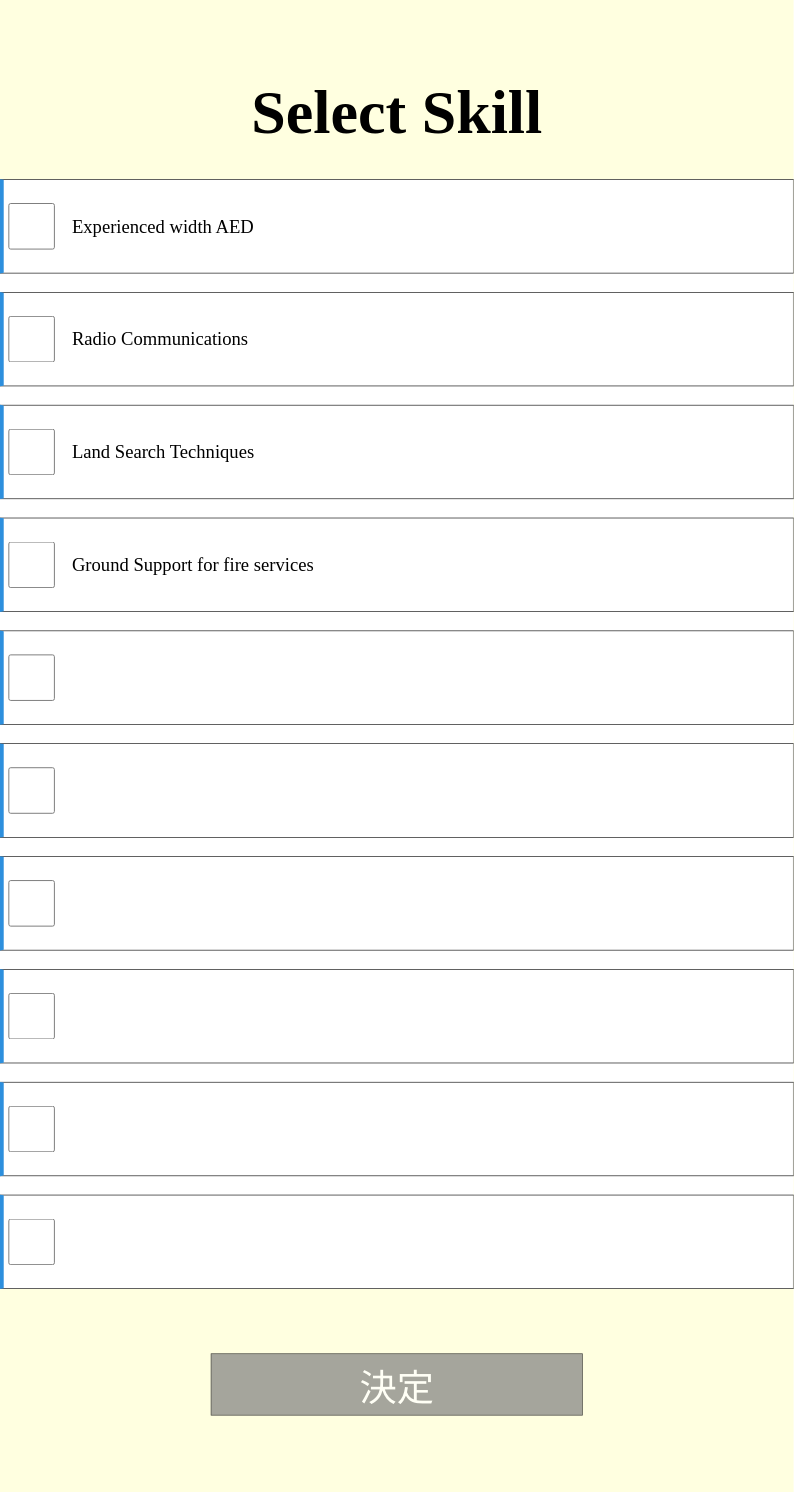
Repository: KittichoteKamalapirat/EMS-management-system
Page: skills.html
The author's editor kept a record of every edit. The page is drawn from the files as they stood at one moment, then again after the next edit.
The browser window is 1280 px wide. The pictures show the whole page, at 62% of full size.
Some web libraries are served in a nearby version.

Above is the page before.

After the next edit:
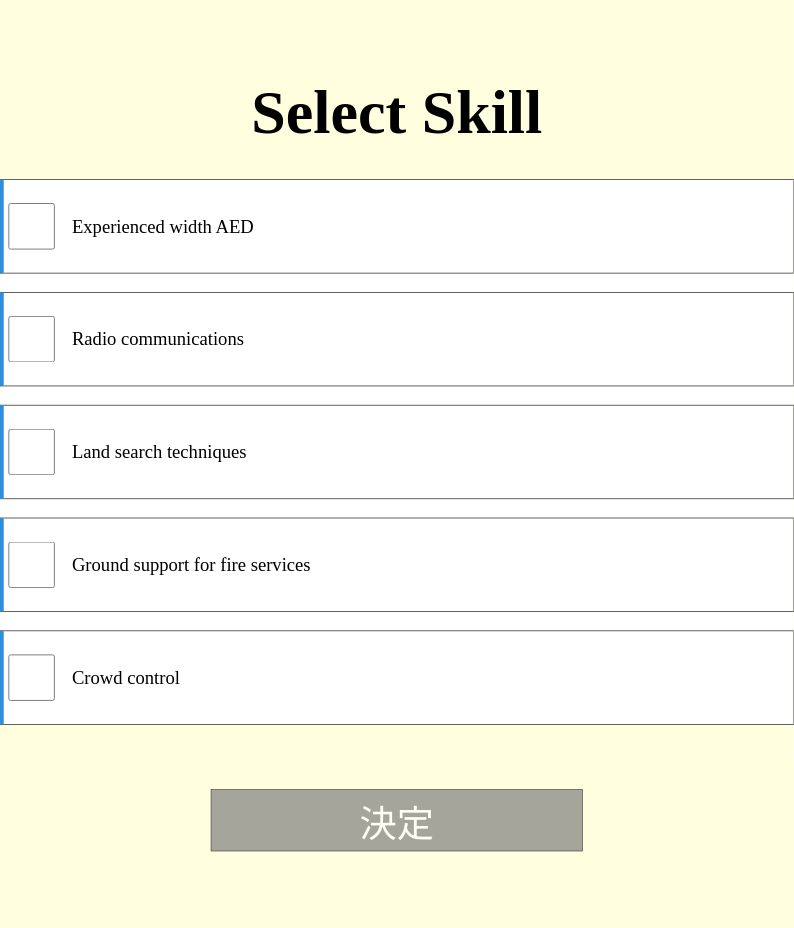
The edit:
--- a/skills.html
+++ b/skills.html
@@ -14,15 +14,10 @@
   <div class="scrollContent">
     <ul>
       <li><input type="checkbox">Experienced width AED</li>
-      <li><input type="checkbox">Radio Communications</li>
-      <li><input type="checkbox">Land Search Techniques</li>
-      <li><input type="checkbox">Ground Support for fire services</li>
-      <li><input type="checkbox"></li>
-      <li><input type="checkbox"></li>
-      <li><input type="checkbox"></li>
-      <li><input type="checkbox"></li>
-      <li><input type="checkbox"></li>
-      <li><input type="checkbox"></li>
+      <li><input type="checkbox">Radio communications</li>
+      <li><input type="checkbox">Land search techniques</li>
+      <li><input type="checkbox">Ground support for fire services</li>
+      <li><input type="checkbox">Crowd control</li>
     </ul>
   </div>
 </div>
